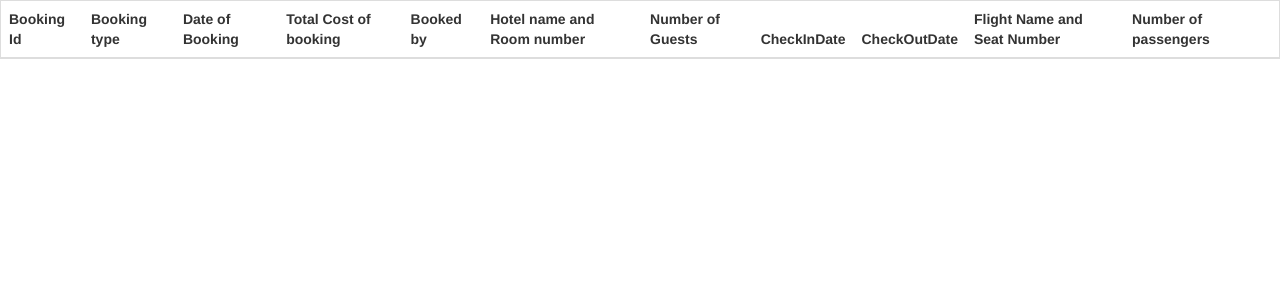
Repository: pparaska/Important
Page: http://localhost/website/WEB-INF/jsp/BookingInformation.jsp
These files come from the project's save history. The page is drawn as it stood at one moment and after the next save; the edit follows.
The browser window is 1280 px wide. The pictures show the whole page.
The page is served by Tomcat 9. Nobody is signed in. Other server files are loaded and not shown. The template is opened directly, without the code that normally fills it, so the values that code supplies are empty.

Above is the page before, as saved 2019-02-16 12:49:10.

### Tripweb/website/src/main/webapp/WEB-INF/jsp/BookingInformation.jsp
<%@ page language="java" contentType="text/html; charset=ISO-8859-1"
	pageEncoding="ISO-8859-1"%>

<!DOCTYPE html>
<html>
<head>
<!-- Latest compiled and minified CSS -->
<link rel="stylesheet"
	href="https://maxcdn.bootstrapcdn.com/bootstrap/3.4.0/css/bootstrap.min.css">

<!-- jQuery library -->
<script
	src="https://ajax.googleapis.com/ajax/libs/jquery/3.3.1/jquery.min.js"></script>

<!-- Latest compiled JavaScript -->
<script
	src="https://maxcdn.bootstrapcdn.com/bootstrap/3.4.0/js/bootstrap.min.js"></script>
<meta charset="ISO-8859-1">
<title>Booking History</title>
</head>
<body>
	<form action="bookingInformation">
		<table class="table">
			<thead class="table table-bordered table-dark">
				<tr>
					<th scope="col">Booking Id</th>
					<th scope="col">Booking type</th>
					<th scope="col">Date of Booking</th>
					<th scope="col">Total Cost of booking</th>
					<th scope="col">Booked by</th>
					<th scope="col">Hotel name and Room number</th>
					<th scope="col">Number of Guests</th>
					<th scope="col">CheckInDate</th>
					<th scope="col">CheckOutDate</th>
					<th scope="col">Flight Name and Seat Number</th>
					<th scope="col">Number of passengers</th>
					<th>
				</tr>
			</thead>
			<tbody>

				<tr>
					<td>${bookingList.bookingID}</td>
					<td>${bookingList.bookingType}</td>
					<td>${bookingList.dateOfBooking}</td>
					<td>${bookingList.totalCost}</td>
					<td>${bookingList.bookedBy.fullName}</td>
					<td>${bookingList.hotel.hotelName} ${bookingList.room.roomNumber}</td>
					<td><!-- <a href=guestsDetails> -->${bookingList.numberOfGuest}</td>
					<td>${bookingList.checkInDate}</td>
					<td>${bookingList.checkOutDate}</td>
					<td>${bookingList.flight.flightName}${bookingList.flight.seat.row}${bookingList.flight.seat.column}</td>
					<td>${bookingList.numberOfPassengers}</td>

				</tr>
			</tbody>
		</table>
	</form>
</body>
</html>

After the next save:
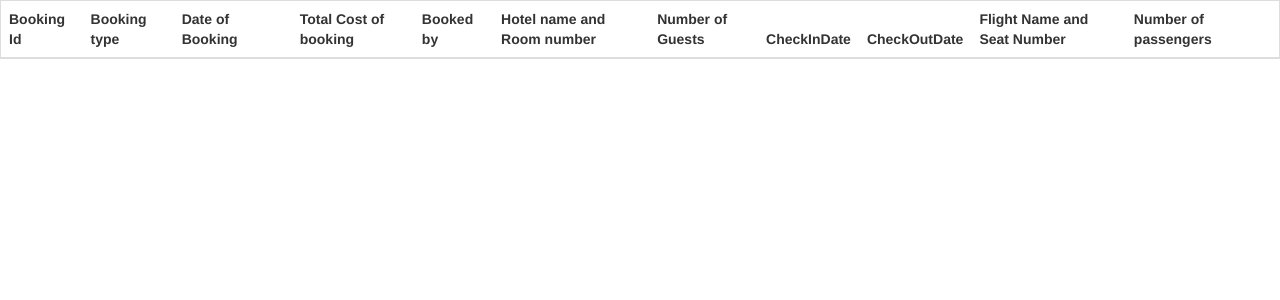
Saved 38 h 48 min later.
--- a/Tripweb/website/src/main/webapp/WEB-INF/jsp/BookingInformation.jsp
+++ b/Tripweb/website/src/main/webapp/WEB-INF/jsp/BookingInformation.jsp
@@ -26,6 +26,7 @@
 					<th scope="col">Booking Id</th>
 					<th scope="col">Booking type</th>
 					<th scope="col">Date of Booking</th>
+					<th scope="col"></th>
 					<th scope="col">Total Cost of booking</th>
 					<th scope="col">Booked by</th>
 					<th scope="col">Hotel name and Room number</th>
